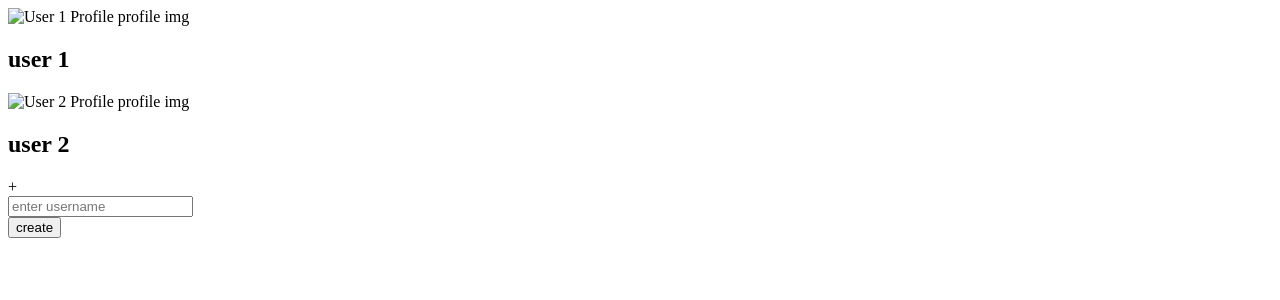
Repository: ChristopherCardoza/Web-1-AquariumManager-Final-Project-2025
Page: AquariumManager/features/profile-selection/profile-selection.html
These files come from the project's save history. The page is drawn as it stood at one moment and after the next save; the edit follows.
The browser window is 1280 px wide. The pictures show the whole page.

Above is the page before, as saved 2025-12-23 02:04:05.
Console error (its wording comes from the project's code and is left out).

### AquariumManager/features/profile-selection/profile-selection.html
<!DOCTYPE html>
<html lang="en">
  <head>
    <meta charset="UTF-8" />
    <meta name="viewport" content="width=device-width, initial-scale=1.0" />
    <title>Profile Selection</title>
    <script
      src="https://code.jquery.com/jquery-3.7.1.min.js"
      integrity="sha256-/JqT3SQfawRcv/BIHPThkBvs0OEvtFFmqPF/lYI/Cxo="
      crossorigin="anonymous"
    ></script>
    <!-- Add styles -->
    <script type="module" defer src="profile-selection.js"></script>
  </head>
  <body>
    <!-- Modal Overlay Look -->
    <div id="profile-selection-modal" class="modal-overlay">
      <div class="profile-selection-container">
        <!-- Card 1: User 1 (Pre-setup Account) -->
        <div class="profile-card" data-profile-id="user-1">
          <div class="profile-image-container">
            <img
              id="user1-profile-img"
              class="profile-image"
              src=""
              alt="User 1 Profile"
            />
            <span class="profile-img">profile img</span>
          </div>
          <h2 class="profile-username" id="user1-username">user 1</h2>
        </div>

        <!-- Card 2: User 2 (Pre-setup Account) -->
        <div class="profile-card" data-profile-id="user-2">
          <div class="profile-image-container">
            <img
              id="user2-profile-img"
              class="profile-image"
              src=""
              alt="User 2 Profile"
            />
            <!-- Fill in images later -->
            <span class="profile-img">profile img</span>
          </div>
          <h2 class="profile-username" id="user2-username">user 2</h2>
        </div>

        <!-- Card 3: Custom User (Form) -->
        <div class="profile-card custom-user-card" id="custom-user-card">
          <div class="custom-user-form">
            <!-- Profile Picture Upload -->
            <div class="profile-image-container">
              <label for="custom-profile-pic" class="profile-upload-label">
                <img
                  id="custom-profile-preview"
                  class="profile-image"
                  src=""
                  alt="Custom Profile"
                  style="display: none"
                />
                <span class="profile-upload">
                  <span class="upload-plus-icon">+</span>
                </span>
                <input
                  type="file"
                  id="custom-profile-pic"
                  name="profilePic"
                  accept="image/*"
                  style="display: none"
                />
              </label>
            </div>
            <!-- Username Input -->
            <div class="username-input-container">
              <input
                type="text"
                id="custom-username"
                class="input username-input"
                placeholder="enter username"
                maxlength="50"
              />
            </div>

            <!-- Create Profile Button -->
            <button
              id="create-custom-profile-btn"
              class="btn btn-primary create-profile-btn"
            >
              create
            </button>
          </div>
        </div>
      </div>
    </div>
  </body>
</html>

### AquariumManager/features/profile-selection/profile-selection.js
import { user1, user2, getProfileById } from "../../constants/profiles.js";

function InitializeProfiles() {
  $("#user1-username").text(user1.username);
  if (user1.profilePic) {
    $("#user1-profile-img").attr("src", user1.profilePic).show();
    $('.profile-card[data-profile-id="user-1"] .profile-img').hide();
  }

  $("#user2-username").text(user2.username);
  if (user2.profilePic) {
    $("#user2-profile-img").attr("src", user2.profilePic).show();
    $('.profile-card[data-profile-id="user-2"] .profile-img').hide();
  }
}

// Dont know how to do this with jQuery
function saveProfileToLocalStorage(profile) {
    try {
        localStorage.setItem('selectedProfile', JSON.stringify(profile));
        console.log('Profile saved to localStorage:', profile.id);
    } catch (error) {
        console.error('Error saving profile to localStorage:', error);
        alert('Error saving profile. Please try again.');
    }
}

function navigateToTankManager() {
    window.location.href = '../tank-manager/tank-manager.html';
}

### AquariumManager/constants/profiles.js
const user1 = {
  id: "user-1",
  username: "AqauriumLover123",
  profilePic: "", // add pic url here later
  tanks: [
    {
      id: "tank-1-1", // might add more tanks later
      name: "My lovely aquarium",
      size: 20,
      temperature: 80,
      ph: 7,
      gh: 6,
      image: "", // put the same tank pic here as what i had for figma
      // add fish
    },
  ],
};

const user2 = {
  id: "user-2",
  username: "AqauriumLover123",
  profilePic: "", // add pic url here later
  tanks: [
    {
      id: "tank-2-1",
      name: "guppy fry tank",
      size: 10,
      temperature: 80,
      ph: 7.4,
      gh: 6,
      image: "", // put the same tank pic here as what i had for figma
      // add fish
    },
  ],
};

export { user1, user2 };

export function ProfileById(id) {
  if (id == "user-1") {
    return user1;
  }
  if (id == "user-2") {
    return user2;
  }

  return null;
}

After the next save:
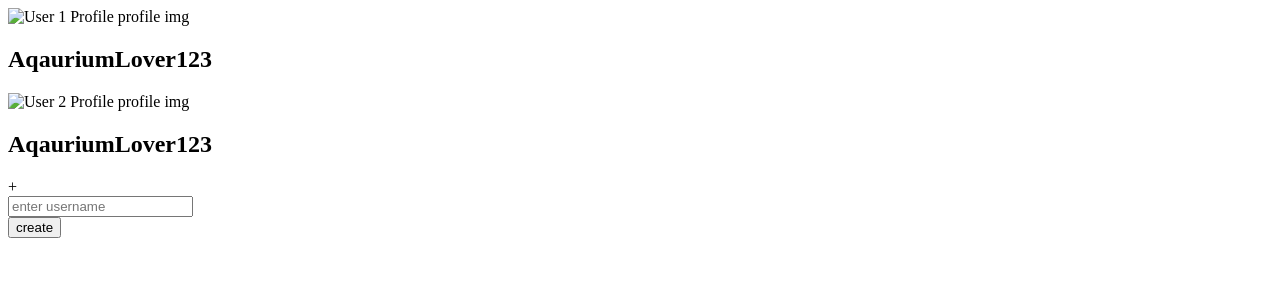
The error is gone.
Saved 14 h 16 min later.
--- a/AquariumManager/features/profile-selection/profile-selection.js
+++ b/AquariumManager/features/profile-selection/profile-selection.js
@@ -1,4 +1,4 @@
-import { user1, user2, getProfileById } from "../../constants/profiles.js";
+import { user1, user2, ProfileById } from "../../constants/profiles.js";
 
 function InitializeProfiles() {
   $("#user1-username").text(user1.username);
@@ -14,7 +14,7 @@ function InitializeProfiles() {
   }
 }
 
-// Dont know how to do this with jQuery
+
 function saveProfileToLocalStorage(profile) {
     try {
         localStorage.setItem('selectedProfile', JSON.stringify(profile));
@@ -28,3 +28,60 @@ function saveProfileToLocalStorage(profile) {
 function navigateToTankManager() {
     window.location.href = '../tank-manager/tank-manager.html';
 }
+
+$(document).ready(function(){
+
+    InitializeProfiles();
+    $(document).on('click', '.profile-card[data-profile-id]', function() {
+        const profileId = $(this).data('profile-id');
+
+    });
+
+
+});
+
+ function handleProfilePictureUpload(file) {
+    if (!file) {
+        return;
+    }
+
+
+    if (!file.type.startsWith('image/')) {
+        alert('Please select an image file.');
+        return;
+    }
+
+
+    if (file.size > 5 * 1024 * 1024) {
+        alert('Image size must be less than 5MB.');
+        return;
+    }
+
+
+    const reader = new FileReader();
+
+    reader.onload = function(e) {
+        const imageUrl = e.target.result;
+        $('#custom-profile-preview').attr('src', imageUrl).show();
+        $('.profile-upload-placeholder').hide();
+    };
+
+    reader.onerror = function() {
+        alert('Error reading image file.');
+    };
+
+    reader.readAsDataURL(file);
+}
+
+
+function selectPreSetupProfile(profileId) {
+    const profile = ProfileById(profileId);
+
+    if (!profile) {
+        console.error('Profile not found:', profileId);
+        return;
+    }
+
+    saveProfileToLocalStorage(profile);
+    navigateToTankManager();
+}
